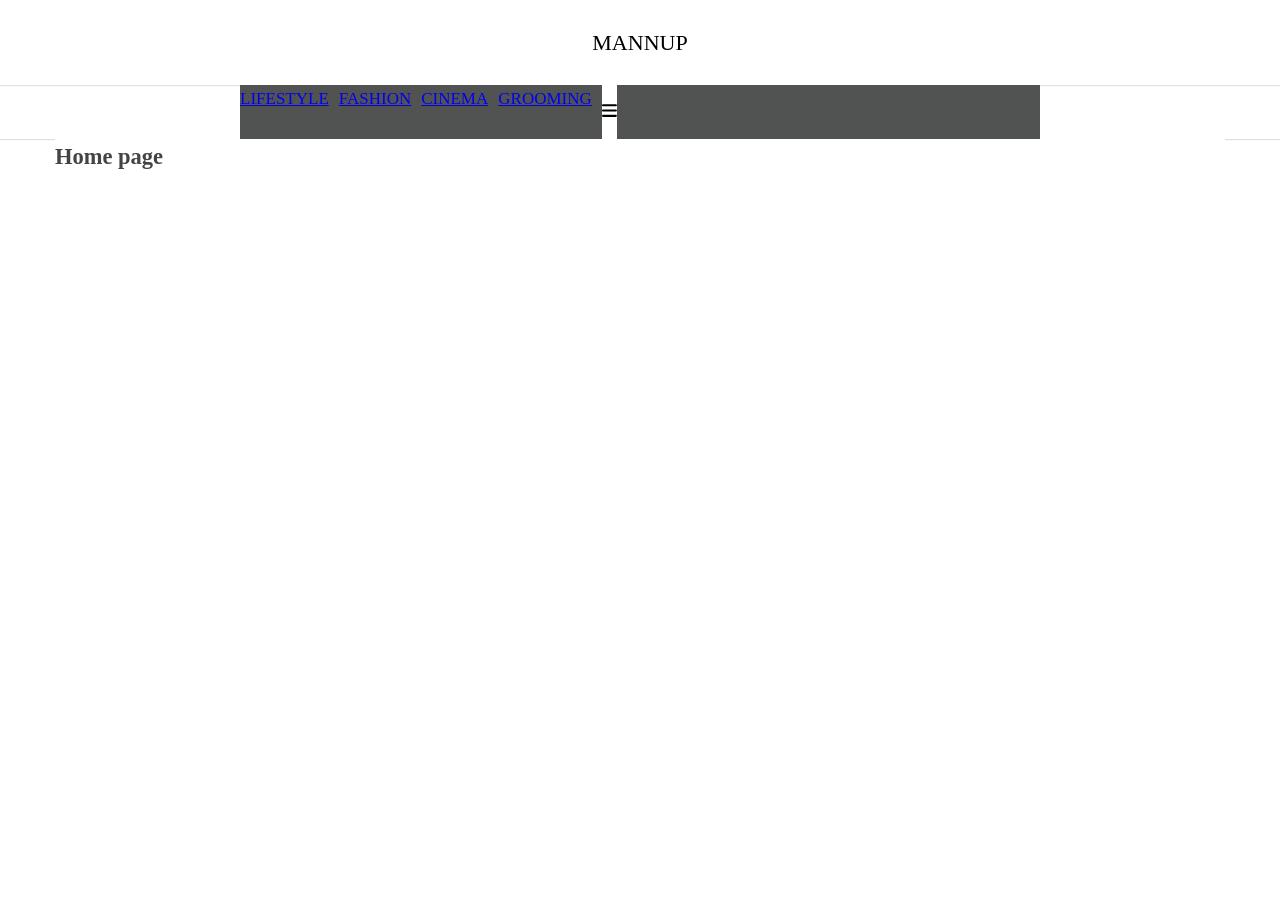
Repository: SyLe-Van/Make-Colorful
Page: /
These files come from the project's save history. The page is drawn as it stood at one moment and after the next save; the edit follows.
The browser window is 1280 px wide. The pictures show the whole page.
Some web fonts or font styles are not loaded; a fallback is used. The project was rebuilt for these pictures with package versions that can differ from the ones it lists, and the page was loaded fresh each time. Also part of the build but not shown: src/pages/cinema/index.js, src/pages/fashion/index.js, src/pages/grooming/index.js, src/pages/lifestyle/index.js, src/pages/contact/index.js.

Above is the page before, as saved 2023-10-10 23:05:30.

### src/index.js
import React from 'react';
import ReactDOM from 'react-dom/client';
import App from '~/App';
import reportWebVitals from './reportWebVitals';
import GlobalStyles from '~/components/GlobalStyles';
const root = ReactDOM.createRoot(document.getElementById('root'));
root.render(
    <React.StrictMode>
        <GlobalStyles>
            <App />
        </GlobalStyles>
    </React.StrictMode>,
);

// If you want to start measuring performance in your app, pass a function
// to log results (for example: reportWebVitals(console.log))
// or send to an analytics endpoint. Learn more: https://bit.ly/CRA-vitals
reportWebVitals();

### src/App.js
import { BrowserRouter as Router, Routes, Route } from 'react-router-dom';
import Home from '~/pages/home';
import Cinema from '~/pages/cinema';
import Fashion from '~/pages/fashion';
import Grooming from '~/pages/grooming';
import LifeStyle from '~/pages/lifestyle';
import { publicRoutes } from './routes';
import { Component } from 'react';
import { DefaultLayout } from '~/components/Layout';
import { Fragment } from 'react';
function App() {
    return (
        <Router>
            <div className="App">
                <Routes>
                    {publicRoutes.map((route, index) => {
                        const Layout = route.layout === null ? Fragment : DefaultLayout;
                        const Page = route.component;
                        return (
                            <Route
                                key={index}
                                path={route.path}
                                element={
                                    <Layout>
                                        <Page />
                                    </Layout>
                                }
                            />
                        );
                    })}
                </Routes>
            </div>
        </Router>
    );
}

export default App;

### src/routes/index.js
import Home from '~/pages/home';
import Cinema from '~/pages/cinema';
import Fashion from '~/pages/fashion';
import Grooming from '~/pages/grooming';
import LifeStyle from '~/pages/lifestyle';
import Contact from '~/pages/contact';
// dont need login to view
const publicRoutes = [
    { path: '/', component: Home },
    { path: '/cinema', component: Cinema },
    { path: '/fashion', component: Fashion },
    { path: '/grooming', component: Grooming },
    { path: '/lifestyle', component: LifeStyle },
    { path: '/contact', component: Contact, layout: null },
];

const privateRoutes = [];

export { publicRoutes, privateRoutes };

### src/components/GlobalStyles/GlobalStyles.scss
@import 'normalize.css';
@import url('https:; //fonts.googleapis.com/css2?family=Lato:ital,wght@0,400;0,700;1,400;1,700&family=Montserrat:ital,wght@0,400;0,700;1,400;1,700&family=Playfair+Display&family=Poppins:wght@300;400;600;700&display=swap');

:root {
    --primary: #f6f6f6;
}

* {
    box-sizing: border-box;
    margin: 0;
    padding: 0;
}
html {
    font-size: 40px;
}
body {
    font-family: 'Playfair Display', serif;
    line-height: 1.6;
    color: #444;
    font-size: 15px;
    text-rendering: optimizeSpeed;
}

### src/components/Layout/DefaultLayout/index.js
import Header from './Header';
import classNames from 'classnames/bind';
import styles from './DefaultLayout.module.scss';
import Sidebar from './Sidebar';

const cx = classNames.bind(styles);
function DefaultLayout({ children }) {
    return (
        <div className={cx('wrapper')}>
            <Header />
            <Sidebar />

            <div className={cx('container')}>
                <div className={cx('contain')}>{children}</div>
            </div>
        </div>
    );
}

export default DefaultLayout;

### src/components/Layout/DefaultLayout/Header/index.js
import styles from './Header.module.scss';
import classNames from 'classnames/bind';
import { FontAwesomeIcon } from '@fortawesome/react-fontawesome';
const cx = classNames.bind(styles);

function Header() {
    return (
        <header className={cx('wrapper')}>
            <div className={cx('inner')}>MANNUP</div>
        </header>
    );
}

export default Header;

### src/components/Layout/DefaultLayout/DefaultLayout.module.scss
.wrapper {
    display: flex;
    flex-direction: column;
    align-items: center;
}
.container {
    width: 1170px;
    height: 760px;
    background-color: #ffffff;
}

### src/components/Layout/DefaultLayout/Sidebar/index.js
import styles from './Sidebar.module.scss';
import classNames from 'classnames/bind';
import { FontAwesomeIcon } from '@fortawesome/react-fontawesome';
import { faBars, faShapes } from '@fortawesome/free-solid-svg-icons';

const cx = classNames.bind(styles);

function Sidebar() {
    return (
        <aside className={cx('wrapper')}>
            <div className={cx('content')}>
                <ul className={cx('menu')}>
                    <li>
                        <a href="http://localhost:2002/lifestyle">LIFESTYLE</a>
                    </li>
                    <li>
                        <a href="http://localhost:2002/fashion">FASHION</a>
                    </li>
                    <li>
                        <a href="http://localhost:2002/cinema">CINEMA</a>
                    </li>
                    <li>
                        <a href="http://localhost:2002/grooming">GROOMING</a>
                    </li>
                    <button className={cx('bars')}>
                        <FontAwesomeIcon icon={faBars} />
                    </button>
                </ul>
            </div>
        </aside>
    );
}

export default Sidebar;

### src/components/Layout/DefaultLayout/Header/Header.module.scss
.wrapper {
    height: 85px;
    width: 100%;
    box-shadow: 0px 1px 1px rgb(0 0 0 / 12%);
}
.inner {
    color: #000000;
    font-size: 22px;
    display: flex;
    justify-content: center;
    padding-top: 25px;
}

### src/components/Layout/DefaultLayout/Sidebar/Sidebar.module.scss
.wrapper {
    height: 54px;
    width: 100%;
    box-shadow: 0px 1px 1px rgb(0 0 0 / 12%);
    display: flex;
    justify-content: center;
}

.content {
    width: 800px;
    display: flex;
    font-size: 17px;
    background-color: rgb(81, 83, 83);
}

ul {
    list-style-type: none;
    display: flex;
    justify-content: space-between;
}

li {
    width: 25%;
    margin-right: 10px;
}

.bars {
    background: #ffffff;
    border-width: 0;
}

Loaded but not shown: public/index.html (common file); src/reportWebVitals.js (common file); src/components/GlobalStyles/index.js (common file); src/pages/home/index.js (common file); src/components/Layout/index.js (common file)

After the next save:
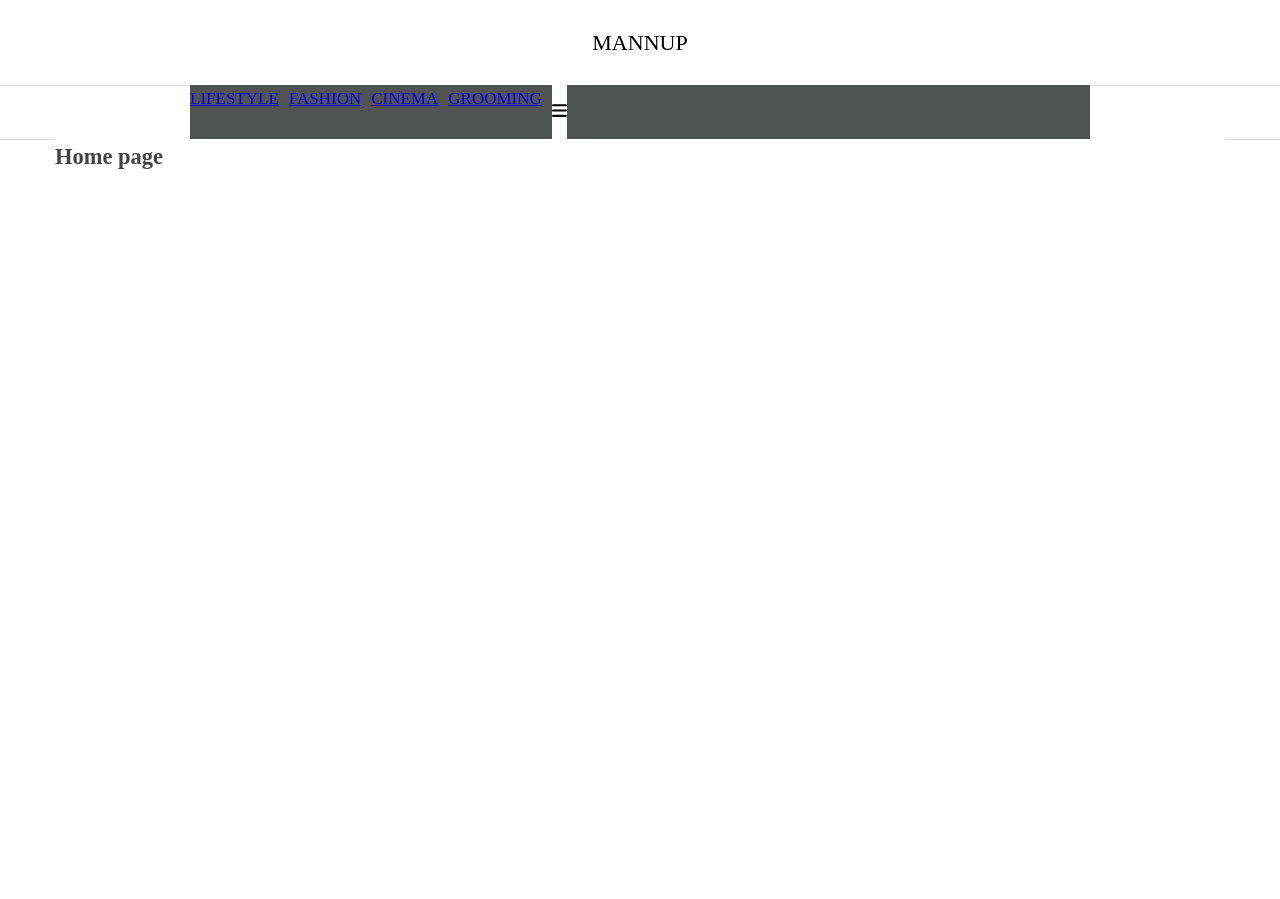
Saved 9 s later.
--- a/src/components/Layout/DefaultLayout/Sidebar/Sidebar.module.scss
+++ b/src/components/Layout/DefaultLayout/Sidebar/Sidebar.module.scss
@@ -7,7 +7,7 @@
 }
 
 .content {
-    width: 800px;
+    width: 900px;
     display: flex;
     font-size: 17px;
     background-color: rgb(81, 83, 83);
